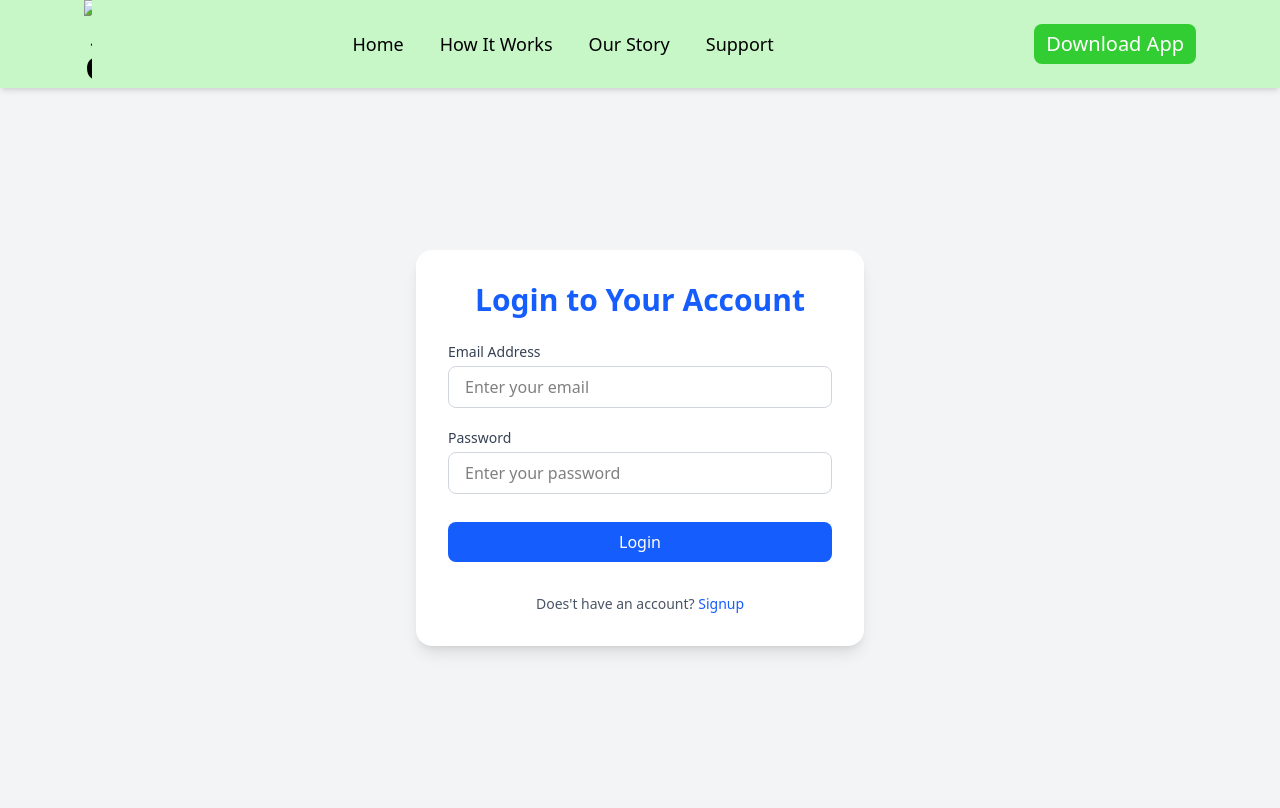
Repository: rushikesh-kolpe21/GigFlow
Page: / (app in frontend/)
These files come from the project's save history. The page is drawn as it stood at one moment and after the next save; the edit follows.
The browser window is 1280 px wide. The pictures show the whole page.
The project was rebuilt for these pictures with package versions that can differ from the ones it lists, and the page was loaded fresh each time. Also part of the build but not shown: frontend/src/Landing/Auth/Signup.jsx, frontend/src/Landing/Home/LoggedIn.jsx.

Above is the page before, as saved 2026-01-12 07:27:06.

After the next save:
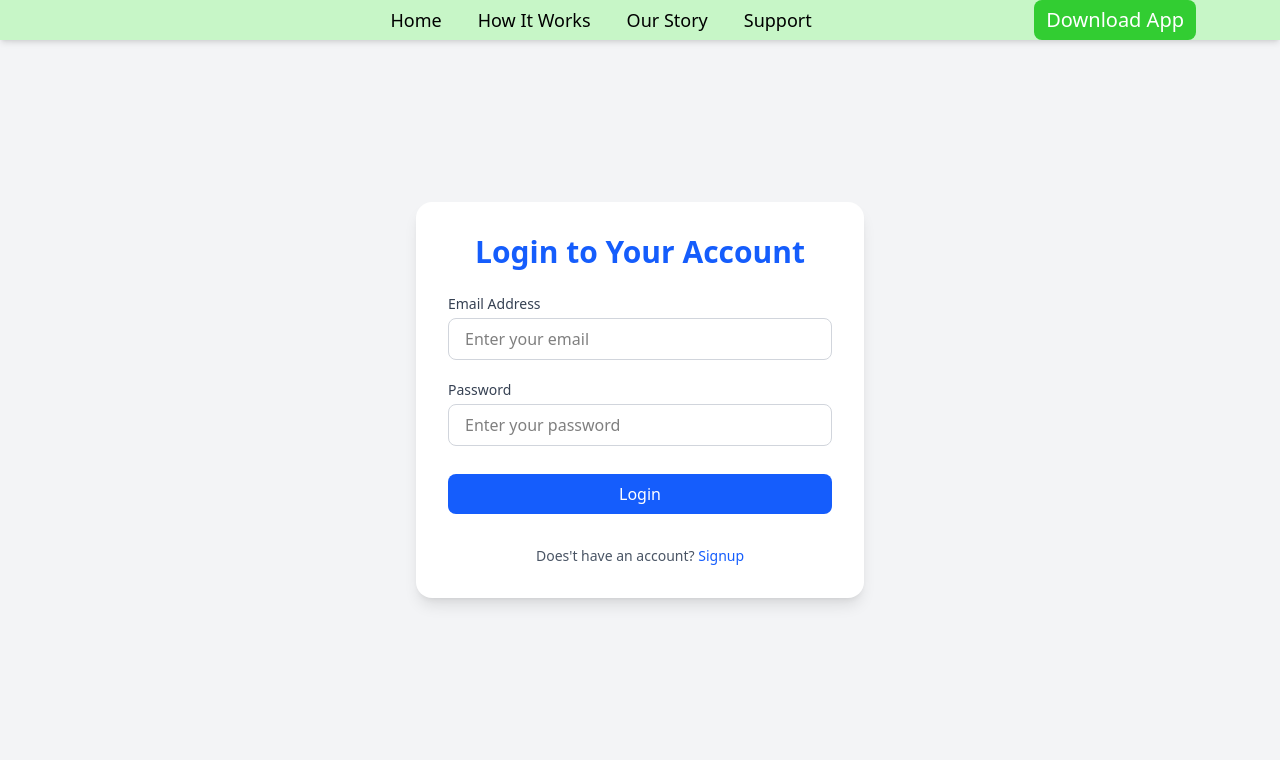
Saved 18 s later.
--- a/frontend/Navbar.jsx
+++ b/frontend/Navbar.jsx
@@ -29,7 +29,7 @@ export default function Navbar() {
         {/* logo on left */}
         <div className="z-20">
           <Link to="/" className="flex gap-3 items-center font-semibold text-7xl">
-            <img className="w-2 h-auto" src="" alt="applogo" />
+            <img className="w-21 h-auto" src="" alt="" />
             {/* <span className="hidden sm:inline">RapTro</span> */}
           </Link>
         </div>
